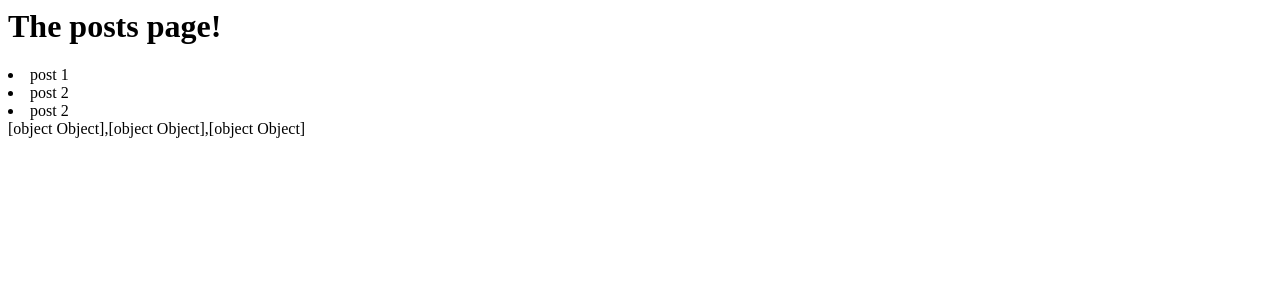
Repository: JoseSM1598/WebAppProjects
Page: http://localhost/posts
The author's editor kept a record of every edit. The page is drawn from the files as they stood at one moment, then again after the next edit.
The browser window is 1280 px wide. The pictures show the whole page.
The page is served by the project's Node server (MoreExpress/EJSDemo/app.js).

Above is the page before.

### MoreExpress/EJSDemo/views/post.ejs
<h1>The posts page!</h1>

<%for(var i = 0; i < posts.length; i++){%>
    <li><%= posts[i].title %></li>

<% } %>

<%= posts %>

### MoreExpress/EJSDemo/app.js
var express = require("express");
var app = express();


app.use(express.static("public"));

//Tells the server we will be passing in ejs files
app.set("view engine", "ejs");

app.get("/", function(req,res){
    res.render("home");

});

app.get("/love/:thing", function(req,res){
    var thing = req.params.thing;
    //Pass variables to the .ejs file as objects

    res.render("love", {thingVar:thing});
})

app.get("/posts", function(req,res){
    var posts = [
        {title:"post 1", author:"Rayna"},
        {title:"post 2", author:"Jose"},
        {title:"post 2", author:"Max"}
        ];

    res.render("post", {posts:posts});
})




app.listen(process.env.PORT, process.env.IP, function(){
    console.log("Server is listening");
})

After the next edit:
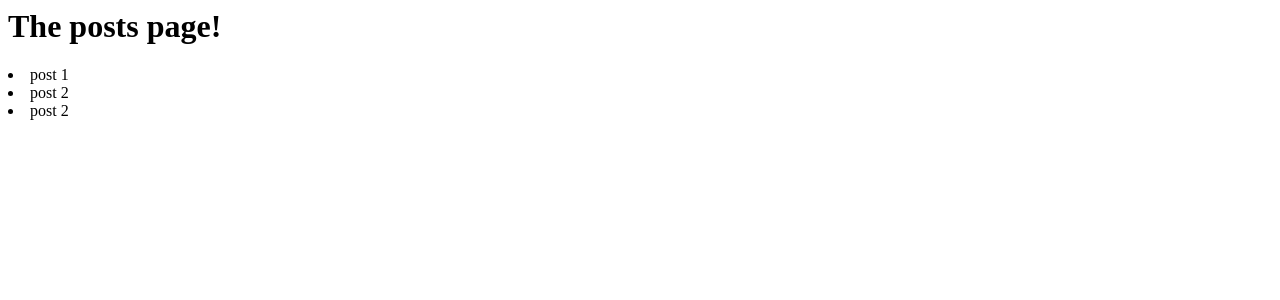
The edit:
--- a/MoreExpress/EJSDemo/views/post.ejs
+++ b/MoreExpress/EJSDemo/views/post.ejs
@@ -4,5 +4,3 @@
     <li><%= posts[i].title %></li>
 
 <% } %>
-
-<%= posts %>
